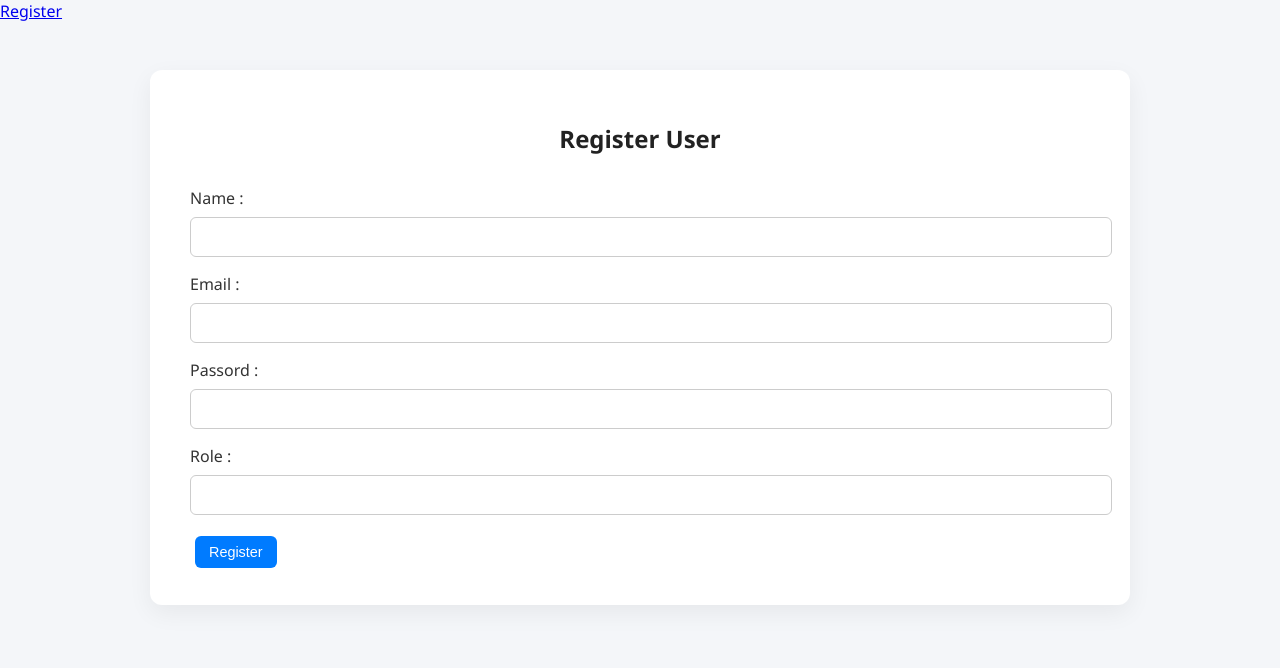
Repository: bharathabhi46/SkillSync-FrontEnd
Page: /RegisterUser
These files come from the project's save history. The page is drawn as it stood at one moment and after the next save; the edit follows.
The browser window is 1280 px wide. The pictures show the whole page.
The project was rebuilt for these pictures with package versions that can differ from the ones it lists, and the page was loaded fresh each time. Also part of the build but not shown: vite.config.js, src/Components/CreateUser/CreateUser.jsx, src/Components/UserList/UserList.jsx, src/Components/EditUser/EditUser.jsx, src/Components/LoginUser/LoginUser.jsx, src/Components/PrivateAuth/PrivateAuth.jsx.

Above is the page before, as saved 2025-06-27 17:08:18.

### src/main.jsx
import { StrictMode } from "react";
import { createRoot } from "react-dom/client";
import { BrowserRouter } from "react-router-dom";
import App from "./App.jsx";

createRoot(document.getElementById("root")).render(
  <BrowserRouter>
    <App />
  </BrowserRouter>
);

### src/App.jsx
import React from "react";
import CreateUser from "./Components/CreateUser/CreateUser";
import UserList from "./Components/UserList/UserList";
import EditUser from "./Components/EditUser/EditUser";
import { Route, Routes } from "react-router-dom";
import RegisterUser from "./Components/RegisterUser/RegisterUser";
import LoginUser from "./Components/LoginUser/LoginUser";
import "./App.css";
import PrivateAuth from "./Components/PrivateAuth/PrivateAuth";
import NavBar from "./Components/NavBar/NavBar";

const App = () => {
  return (
    <>
      <NavBar />
      <Routes>
        <Route
          path="/UserList"
          element={
            <PrivateAuth>
              <UserList />
            </PrivateAuth>
          }
        />
        <Route
          path="/EditUser/:id"
          element={
            <PrivateAuth>
              <EditUser />
            </PrivateAuth>
          }
        />
        <Route
          path="/CreateUser"
          element={
            <PrivateAuth>
              <CreateUser />
            </PrivateAuth>
          }
        />
        <Route path="/RegisterUser" element={<RegisterUser />} />
        <Route path="/LoginUser" element={<LoginUser />} />
      </Routes>
    </>
  );
};

export default App;

### src/Components/RegisterUser/RegisterUser.jsx
import React, { useState } from "react";

const RegisterUser = () => {
  let url = "http://localhost:8080/api/users/auth/register";
  let [registerForm, setRegisterForm] = useState({
    name: "",
    email: "",
    password: "",
    role: "",
  });
  async function handleSubmit(e) {
    e.preventDefault();
    try {
      await fetch(url, {
        method: "POST",
        headers: {
          "Content-Type": "application/json",
        },
        body: JSON.stringify(registerForm),
      });
      setRegisterForm({ name: "", email: "", password: "", role: "" });
      alert("Registration Successfull");
    } catch (err) {
      console.log("Error : ", err);
      alert("Failed to Register");
    }
  }
  function handleOnChange(e) {
    setRegisterForm((prevState) => ({
      ...prevState,
      [e.target.name]: e.target.value,
    }));
  }
  return (
    <div className="container">
      <h2>Register User</h2>
      <form onSubmit={handleSubmit}>
        <label>Name : </label>
        <input
          type="text"
          name="name"
          value={registerForm.name}
          onChange={handleOnChange}
        />
        <label>Email : </label>
        <input
          type="email"
          name="email"
          value={registerForm.email}
          onChange={handleOnChange}
        />
        <label>Passord : </label>
        <input
          type="password"
          name="password"
          value={registerForm.password}
          onChange={handleOnChange}
        />
        <label>Role : </label>
        <input
          type="text"
          name="role"
          value={registerForm.role}
          onChange={handleOnChange}
        />
        <button type="submit">Register</button>
      </form>
    </div>
  );
};

export default RegisterUser;

### src/App.css
/* App.css */

body {
  font-family: "Segoe UI", Roboto, sans-serif;
  background: #f4f6f9;
  margin: 0;
  padding: 0;
  color: #333;
}

.container {
  width: 90%;
  max-width: 900px;
  margin: 3rem auto;
  background: #ffffff;
  padding: 2rem 2.5rem;
  border-radius: 12px;
  box-shadow: 0 8px 24px rgba(0, 0, 0, 0.06);
}

h2 {
  text-align: center;
  margin-bottom: 2rem;
  color: #222;
}

table {
  width: 100%;
  border-collapse: collapse;
  margin-bottom: 2rem;
  background-color: #fff;
  border-radius: 8px;
  overflow: hidden;
  margin-bottom: 10px;
}

th {
  background-color: #007bff;
  color: white;
  padding: 12px;
  text-align: left;
}

td {
  padding: 12px;
  border-bottom: 1px solid #eaeaea;
}

tr:hover {
  background-color: #f1f1f1;
}

button {
  background: #007bff;
  color: white;
  padding: 8px 14px;
  border: none;
  border-radius: 6px;
  cursor: pointer;
  font-size: 0.9rem;
  margin: 5px;
}

button:hover {
  background: #0056b3;
}

input {
  width: 100%;
  padding: 10px;
  margin-bottom: 1rem;
  border: 1px solid #ccc;
  border-radius: 6px;
  font-size: 1rem;
}

label {
  display: block;
  font-weight: 500;
  margin-bottom: 0.5rem;
}

### src/Components/NavBar/NavBar.jsx
import React from "react";
import { NavLink } from "react-router-dom";

const NavBar = () => {
  let isLoggedIn = localStorage.getItem("userEmail") !== null;
  console.log(isLoggedIn);
  return (
    <div>
      {isLoggedIn
        ? ((<NavLink to="/CreateUser">Create User</NavLink>),
          (<NavLink to="/UserList">User List</NavLink>),
          (<NavLink to="/EditUser">Edit User</NavLink>))
        : ((<NavLink to="/LoginUser">Login</NavLink>),
          (<NavLink to="/RegisterUser">Register</NavLink>))}
    </div>
  );
};

export default NavBar;

Loaded but not shown: index.html (common file)

After the next save:
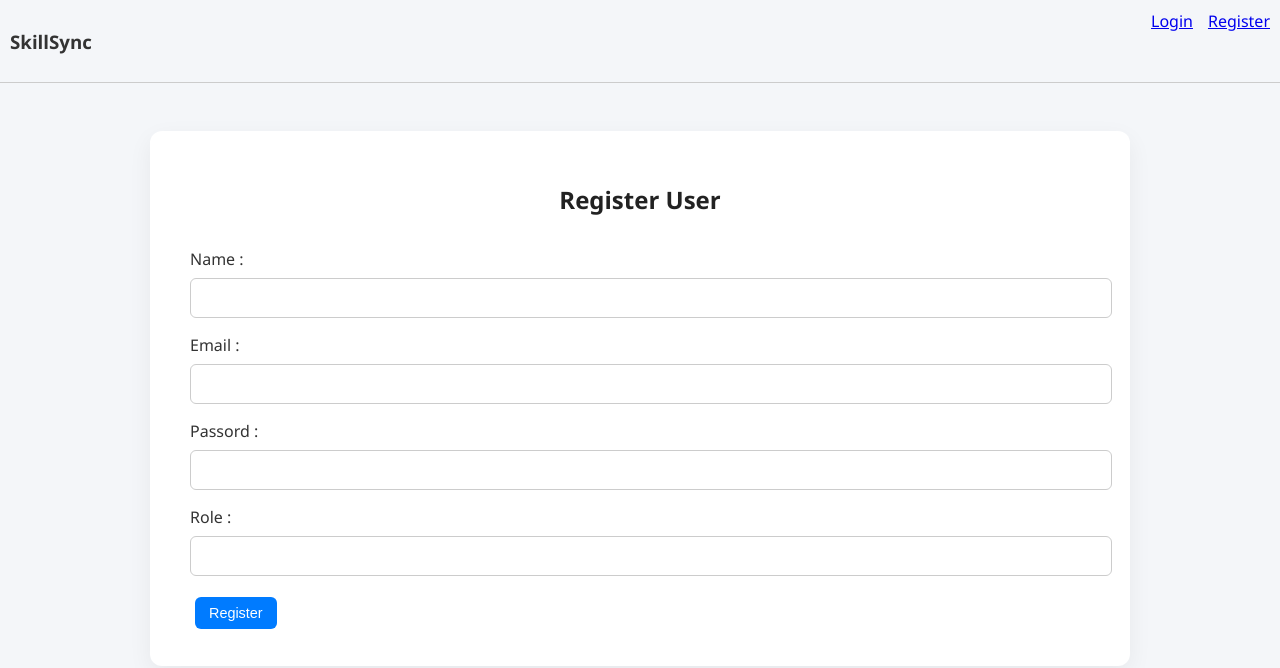
Saved 87 s later.
--- a/src/Components/NavBar/NavBar.jsx
+++ b/src/Components/NavBar/NavBar.jsx
@@ -1,19 +1,41 @@
 import React from "react";
-import { NavLink } from "react-router-dom";
+import { Link, useNavigate } from "react-router-dom";
 
-const NavBar = () => {
-  let isLoggedIn = localStorage.getItem("userEmail") !== null;
-  console.log(isLoggedIn);
+const Navbar = () => {
+  const navigate = useNavigate();
+  const isLoggedIn = localStorage.getItem("userEmail");
+
+  const handleLogout = () => {
+    localStorage.removeItem("userEmail");
+    navigate("/login");
+  };
+
   return (
-    <div>
-      {isLoggedIn
-        ? ((<NavLink to="/CreateUser">Create User</NavLink>),
-          (<NavLink to="/UserList">User List</NavLink>),
-          (<NavLink to="/EditUser">Edit User</NavLink>))
-        : ((<NavLink to="/LoginUser">Login</NavLink>),
-          (<NavLink to="/RegisterUser">Register</NavLink>))}
-    </div>
+    <nav
+      style={{
+        display: "flex",
+        justifyContent: "space-between",
+        padding: "10px",
+        borderBottom: "1px solid #ccc",
+      }}
+    >
+      <h3>SkillSync</h3>
+      <div style={{ display: "flex", gap: "15px" }}>
+        {!isLoggedIn ? (
+          <>
+            <Link to="/login">Login</Link>
+            <Link to="/register">Register</Link>
+          </>
+        ) : (
+          <>
+            <Link to="/users">Users</Link>
+            <Link to="/create">Create User</Link>
+            <button onClick={handleLogout}>Logout</button>
+          </>
+        )}
+      </div>
+    </nav>
   );
 };
 
-export default NavBar;
+export default Navbar;
